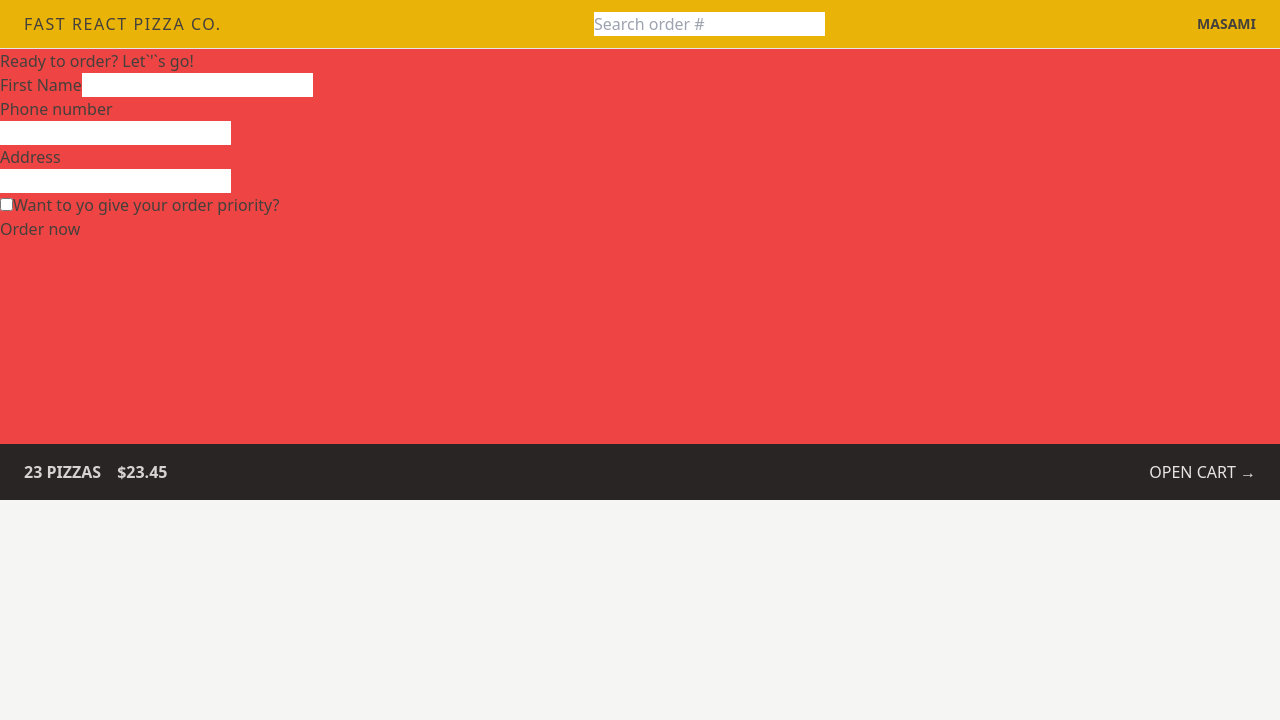
Repository: masamichan/pizza-vite
Page: /order/new
An editor plug-in stored every save of this project. The page is shown before and after the next save, followed by the edit.
The browser window is 1280 px wide. The pictures show the whole page.
The project was rebuilt for these pictures with package versions that can differ from the ones it lists, and the page was loaded fresh each time. Also part of the build but not shown: vite.config.js, src/ui/Home.jsx, src/utils/helpers.js, src/features/menu/MenuItem.jsx, src/features/menu/Menu.jsx, src/features/cart/Cart.jsx, src/features/order/Order.jsx, src/ui/Loader.jsx and 1 more. Imported but missing from the stored project, and not drawn on this page: src/features/user/CreateUser.

Above is the page before, as saved 2023-12-22 10:44:06.

### src/App.jsx
import { RouterProvider, createBrowserRouter } from "react-router-dom"
import Home from './ui/Home'
import Menu, {loader as menuLoader} from './features/menu/Menu';
import Cart from './features/cart/Cart';
import CreateOrder, {action as createOrderAction} from './features/order/CreateOrder';
import Order, {loader as orderLoader} from "./features/order/Order"
import AppLayout from "./ui/AppLayout";
import Error from "./ui/Error"

const router = createBrowserRouter([
  {
    element: <AppLayout />,
    errorElement: <Error />,
    children: [
  { path: "/", element: <Home/>},
  { path: "/menu", element: <Menu />, loader: menuLoader, errorElement: <Error />},
  {path: "/cart",element: <Cart />},
  {path: "/order/new",element: <CreateOrder />, action: createOrderAction},
  {path: "/order/:orderId", element: <Order />, loader: orderLoader, errorElement: <Error />}
    ],
  },
])




function App() {
  return <RouterProvider router={router} />
}

export default App

### src/features/order/CreateOrder.jsx
import { useState } from "react";
import { Form, redirect, useActionData, useNavigation } from "react-router-dom";
import { createOrder } from "../../services/apiRestaurant";

// https://uibakery.io/regex-library/phone-number
const isValidPhone = (str) =>
  /^\+?\d{1,4}?[-.\s]?\(?\d{1,3}?\)?[-.\s]?\d{1,4}[-.\s]?\d{1,4}[-.\s]?\d{1,9}$/.test(
    str
  );

const fakeCart = [
  {
    pizzaId: 12,
    name: "Mediterranean",
    quantity: 2,
    unitPrice: 16,
    totalPrice: 32,
  },
  {
    pizzaId: 6,
    name: "Vegetale",
    quantity: 1,
    unitPrice: 13,
    totalPrice: 13,
  },
  {
    pizzaId: 11,
    name: "Spinach and Mushroom",
    quantity: 1,
    unitPrice: 15,
    totalPrice: 15,
  },
];

function CreateOrder() {
  const navigation = useNavigation()
  const isSubmitting = navigation.state === "submitting"

  const formErrors = useActionData()


  // const [withPriority, setWithPriority] = useState(false);
  const cart = fakeCart;

  return (
    <div>
      <h2>Ready to order? Let`&apos;`s go!</h2>

      <Form method="POST">
        <div>
          <label>First Name</label>
          <input type="text" name="customer" required />
        </div>

        <div>
          <label>Phone number</label>
          <div>
            <input type="tel" name="phone" required />
          </div>
          {formErrors ?.phone && <p>{formErrors.phone}</p>}
        </div>

        <div>
          <label>Address</label>
          <div>
            <input type="text" name="address" required />
          </div>
        </div>

        <div>
          <input
            type="checkbox"
            name="priority"
            id="priority"
            // value={withPriority}
            // onChange={(e) => setWithPriority(e.target.checked)}
          />
          <label htmlFor="priority">Want to yo give your order priority?</label>
        </div>

        <div>
          <input type="hidden" name="cart" value={JSON.stringify(cart)} />
          <button disabled={isSubmitting}>
            {isSubmitting ? "Placing order..." : "Order now"}
          </button>
        </div>
      </Form>
    </div>
  );
}

export async function action({request}) {
  const formData = await request.formData()
  const data = Object.fromEntries(formData)

  const order = {
    ...data,
    cart: JSON.parse(data.cart),
    priority: data.priority === "on"
  }

  const errors = {}
  if (!isValidPhone(order.phone))
    errors.phone = "Please give us your correct phone number. We might need it to contact you."

  if (Object.keys(errors).length > 0) return errors

  const newOrder = await createOrder(order)

  return redirect(`/order/${newOrder.id}`)
}

export default CreateOrder;

### src/ui/AppLayout.jsx
import Header from './Header';
import Loader from './Loader';
import { Outlet, useNavigation } from 'react-router-dom';
import CartOverview from '../features/cart/CartOverview';

function AppLayout() {
  const navigation = useNavigation();
  const isLoading = navigation.state === 'loading';
  return (
    <div className="grid h-[500px] grid-rows-[auto_1fr_auto]  bg-red-500">
      {isLoading && <Loader />}

      <Header />
      <main>
        <Outlet />
      </main>
      <CartOverview />
    </div>
  );
}

export default AppLayout;

### src/services/apiRestaurant.js
const API_URL = 'https://react-fast-pizza-api.onrender.com/api';

export async function getMenu() {
  const res = await fetch(`${API_URL}/menu`);

  // fetch won't throw error on 400 errors (e.g. when URL is wrong), so we need to do it manually. This will then go into the catch block, where the message is set
  if (!res.ok) throw Error('Failed getting menu');

  const { data } = await res.json();
  return data;
}

export async function getOrder(id) {
  const res = await fetch(`${API_URL}/order/${id}`);
  if (!res.ok) throw Error(`Couldn't find order #${id}`);

  const { data } = await res.json();
  return data;
}

export async function createOrder(newOrder) {
  try {
    const res = await fetch(`${API_URL}/order`, {
      method: 'POST',
      body: JSON.stringify(newOrder),
      headers: {
        'Content-Type': 'application/json',
      },
    });

    if (!res.ok) throw Error();
    const { data } = await res.json();
    return data;
  } catch {
    throw Error('Failed creating your order');
  }
}

export async function updateOrder(id, updateObj) {
  try {
    const res = await fetch(`${API_URL}/order/${id}`, {
      method: 'PATCH',
      body: JSON.stringify(updateObj),
      headers: {
        'Content-Type': 'application/json',
      },
    });

    if (!res.ok) throw Error();
    // We don't need the data, so we don't return anything
  } catch (err) {
    throw Error('Failed updating your order');
  }
}

### src/ui/Header.jsx
import { Link } from 'react-router-dom';
import SearchOrder from '../features/order/SearchOrder';
import UserName from '../features/user/UserName';

function Header() {
  return (
    <header className="flex items-center justify-between border-b border-stone-200 bg-yellow-500 px-4 py-3 uppercase sm:px-6">
      <Link to="/" className="tracking-widest">
        Fast React Pizza Co.
      </Link>
      <SearchOrder />
      <UserName />
    </header>
  );
}

export default Header;

### src/features/cart/CartOverview.jsx
import { Link } from 'react-router-dom';

function CartOverview() {
  return (
    <div className="flex items-center justify-between bg-stone-800 px-4 py-4 text-sm uppercase text-stone-200 sm:px-6 md:text-base">
      <p className="sm-space-x-6 space-x-4 font-semibold text-stone-300">
        <span>23 pizzas</span>
        <span>$23.45</span>
      </p>
      <Link to="/cart">Open cart &rarr;</Link>
    </div>
  );
}

export default CartOverview;

### src/features/order/SearchOrder.jsx
import { useState } from "react"
import { useNavigate } from "react-router-dom";

function SearchOrder() {

  const[query, setQuery] = useState('')
  const navigate = useNavigate()

  function handleSubmit(e) {
    e.preventDefault();
    if(!query) return;
    navigate(`/order/${query}`)
    setQuery("");
  }

  return (
    <form onSubmit={handleSubmit}>
      <input
      placeholder="Search order #"
      value={query}
      onChange={(e) => setQuery(e.target.value)}
      />
    </form>
  )
}

export default SearchOrder

### src/features/user/UserName.jsx
function UserName() {
  return <div className="hidden text-sm font-semibold md:block">Masami</div>;
}

export default UserName;

Loaded but not shown: index.html (common file); src/main.jsx (common file); src/index.css (common file); tailwind.config.js (common file)

After the next save:
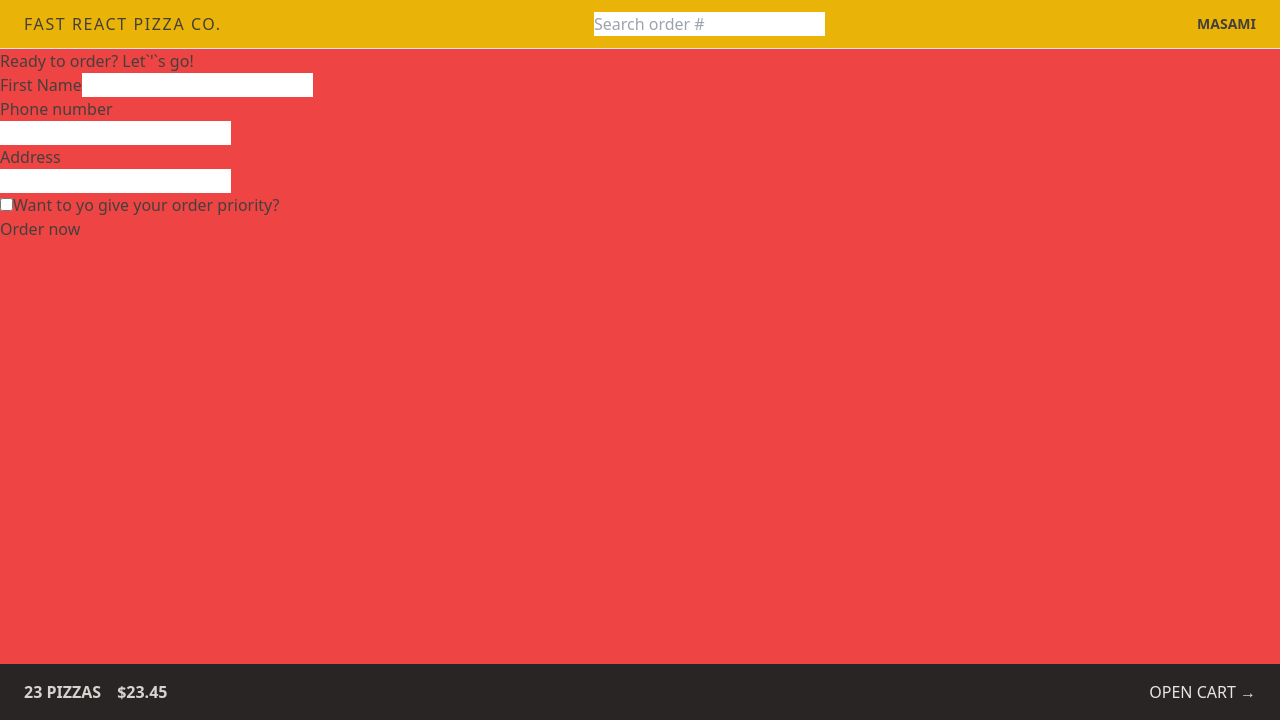
Saved 75 s later.
--- a/src/ui/AppLayout.jsx
+++ b/src/ui/AppLayout.jsx
@@ -7,7 +7,7 @@ function AppLayout() {
   const navigation = useNavigation();
   const isLoading = navigation.state === 'loading';
   return (
-    <div className="grid h-[500px] grid-rows-[auto_1fr_auto]  bg-red-500">
+    <div className="grid h-screen grid-rows-[auto_1fr_auto]  bg-red-500">
       {isLoading && <Loader />}
 
       <Header />
